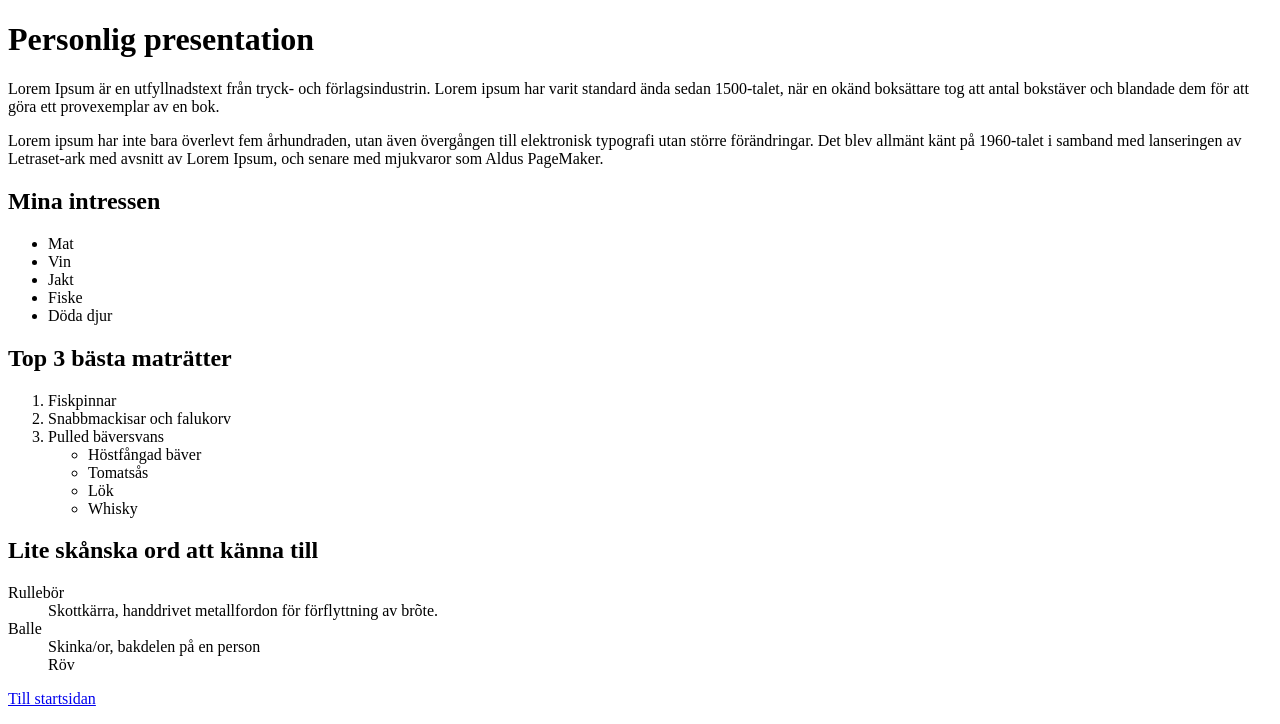
Repository: henriklideberg/labs
Page: pages/presentation.html
The author's editor kept a record of every edit. The page is drawn from the files as they stood at one moment, then again after the next edit.
The browser window is 1280 px wide. The pictures show the whole page.

Above is the page before.

### pages/presentation.html
<!doctype html>
<html lang="sv">
    <head>
        <meta charset="utf-8" />
        <title>Henrik | en presentation</title>
    </head>
    <body>
        <h1>Personlig presentation</h1>
        <p>Lorem Ipsum är en utfyllnadstext från tryck- och förlagsindustrin. Lorem ipsum har varit standard ända sedan 1500-talet, när en okänd boksättare tog att antal bokstäver och blandade dem för att göra ett provexemplar av en bok.</p>

        <p>Lorem ipsum har inte bara överlevt fem århundraden, utan även övergången till elektronisk typografi utan större förändringar. Det blev allmänt känt på 1960-talet i samband med lanseringen av Letraset-ark med avsnitt av Lorem Ipsum, och senare med mjukvaror som Aldus PageMaker.</p>
        <h2>Mina intressen</h2>

        <!-- Allt jag skriver är sant -->
        <ul>
            <li>Mat</li>
            <li>Vin</li>
            <li>Jakt</li>
            <li>Fiske</li>
            <li>Döda djur</li>
        </ul>

        <h2>Top 3 bästa maträtter</h2>
        <ol>
            <li>Fiskpinnar</li>
            <li>Snabbmackisar och falukorv</li>
            <li>Pulled bäversvans
                <ul>
                    <li>Höstfångad bäver</li>
                    <li>Tomatsås</li>
                    <li>Lök</li>
                    <li>Whisky</li>
                </ul>
            </li>
        </ol>

        <h2>Lite skånska ord att känna till</h2>
        <dl>
            <dt>Rullebör</dt>
            <dd>Skottkärra, handdrivet metallfordon för förflyttning av brõte.</dd>
            <dt>Balle</dt>
            <dd>Skinka/or, bakdelen på en person</dd>
            <dd>Röv</dd>
        </dl>
        <p><a href="../index.html">Till startsidan</a></p>
    </body>
</html>

After the next edit:
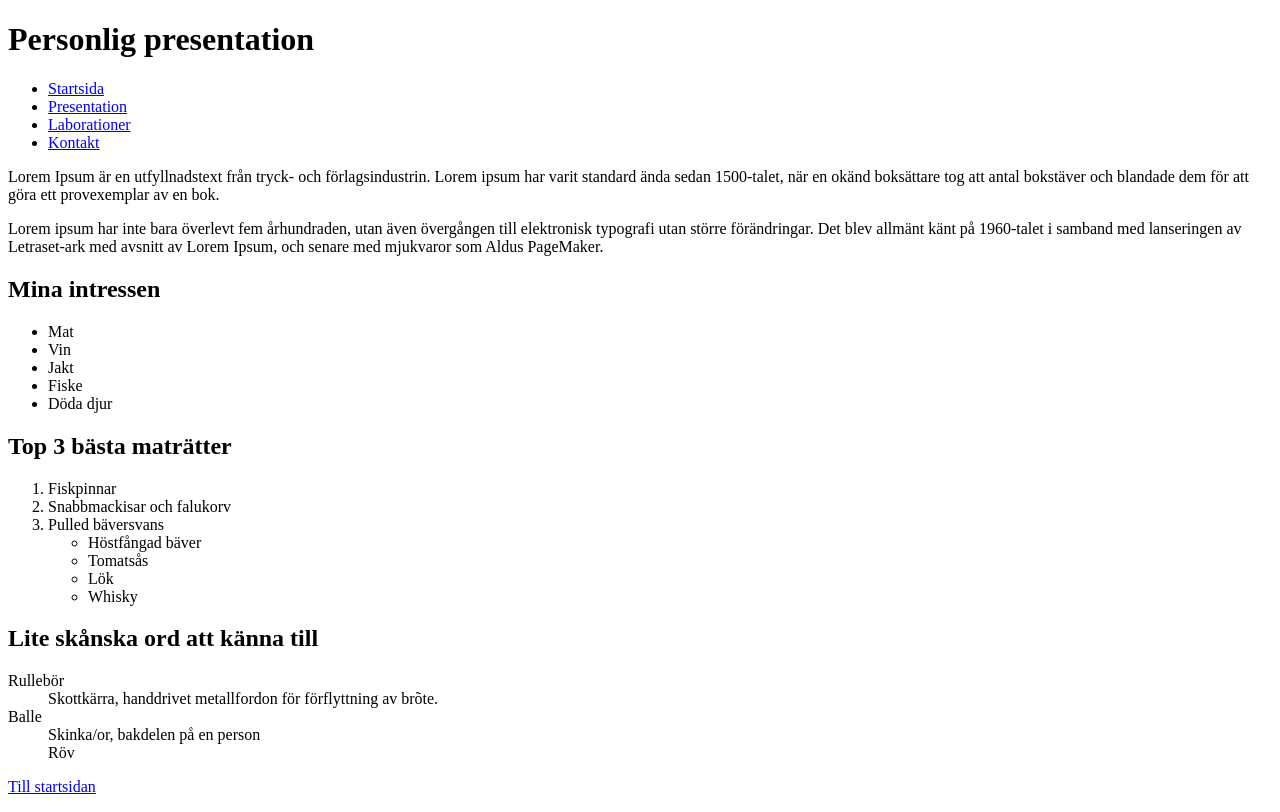
The edit:
--- a/pages/presentation.html
+++ b/pages/presentation.html
@@ -6,6 +6,12 @@
     </head>
     <body>
         <h1>Personlig presentation</h1>
+        <ul>
+            <li><a href="../index.html">Startsida</a></li>
+            <li><a href="pages/presentation.html">Presentation</a></li>
+            <li><a href="pages/laborationer.html">Laborationer</a></li>
+            <li><a href="pages/kontakt.html">Kontakt</a></li>
+        </ul>
         <p>Lorem Ipsum är en utfyllnadstext från tryck- och förlagsindustrin. Lorem ipsum har varit standard ända sedan 1500-talet, när en okänd boksättare tog att antal bokstäver och blandade dem för att göra ett provexemplar av en bok.</p>
 
         <p>Lorem ipsum har inte bara överlevt fem århundraden, utan även övergången till elektronisk typografi utan större förändringar. Det blev allmänt känt på 1960-talet i samband med lanseringen av Letraset-ark med avsnitt av Lorem Ipsum, och senare med mjukvaror som Aldus PageMaker.</p>
